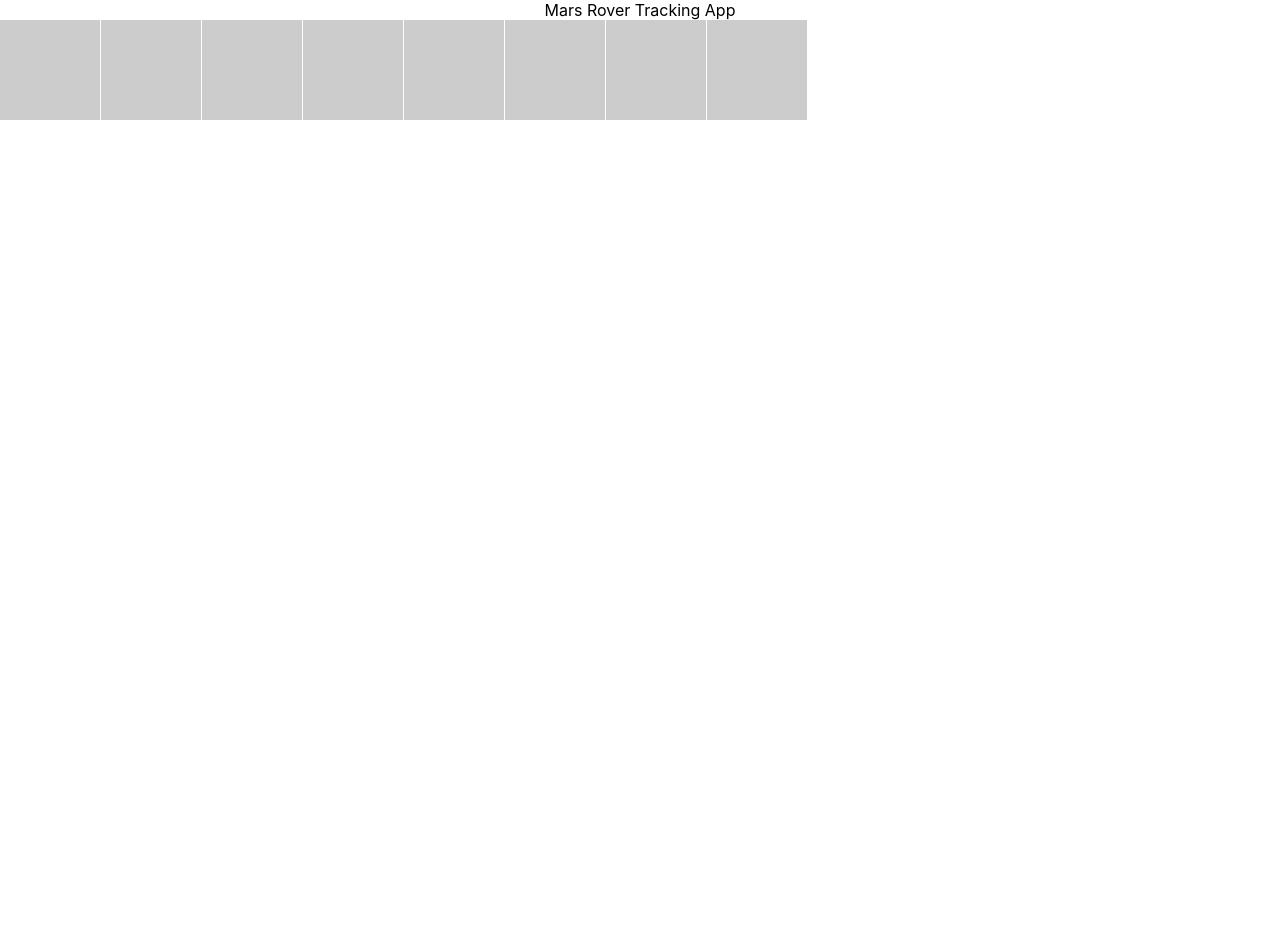
Repository: madhurisandbhor/Rover-Tracking-App
Page: /
The author's editor kept a copy of each file at every save. The page is drawn from the files as they stood at one save, then again after the next save.
The browser window is 1280 px wide. The pictures show the whole page.
The project was rebuilt for these pictures with package versions that can differ from the ones it lists, and the page was loaded fresh each time.

Above is the page before, as saved 2021-09-06 16:58:35.

### src/App.js
import './App.css';
import Grid from './Grid'

function App() {
  return (
    <div className="App">
      <div>Mars Rover Tracking App</div>
      <Grid />
    </div>
  );
}

export default App;

### src/Grid.jsx
import React from 'react'
import { maxY, maxX } from "./constants";

const wrapper = {
    display: 'grid',
    gridTemplateColumns: `repeat(${maxY}, 100px)`,
    gridTemplateRows: `repeat(${maxX}, 100px)`,
    gridAutoRows: '20px',
    gridAutoColumns: '20px',
    gridGap: '1px',
}

const item = {
    padding: '10px',
    backgroundColor: '#ccc',
}

const Grid = () => {
    return (
        <div style={wrapper}>

            <div style={item}></div>
            <div style={item}></div>
            <div style={item}></div>
            <div style={item}></div>
            <div style={item}></div>
            <div style={item}></div>
            <div style={item}></div>
            <div style={item}></div>

        </div>
    )
}

export default Grid

### src/constants.js
export const x = 0, y = 0, maxX = 9, maxY = 9;
export const d = 'N';
export const directionsToRight = ['N', 'E', 'S', 'W']
export const directionsToLeft = ['N', 'W', 'S', 'E']

Loaded but not shown: public/index.html (common file); src/index.js (common file); src/index.css (common file); src/App.css (common file)

After the next save:
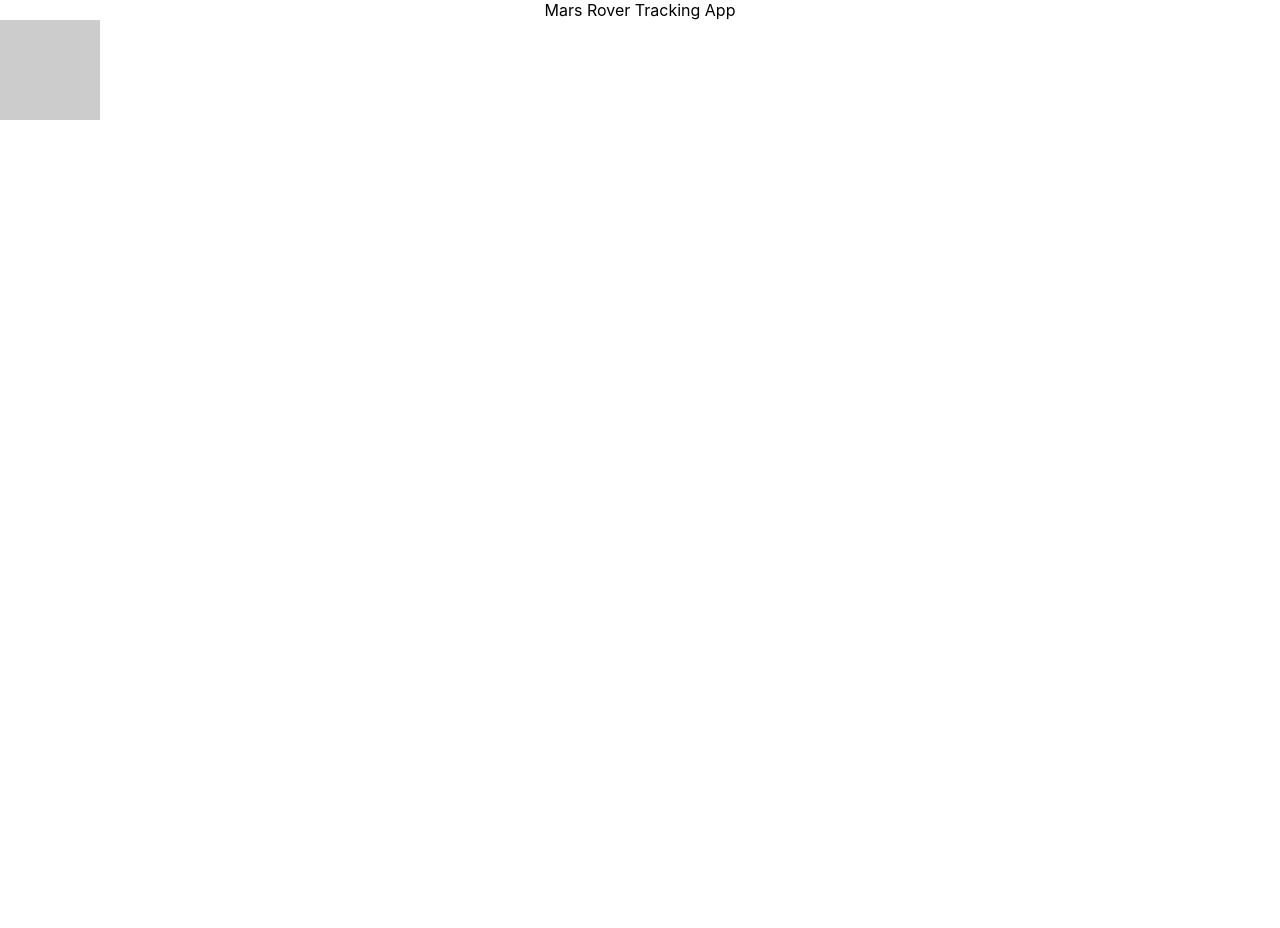
Saved 118 s later.
--- a/src/Grid.jsx
+++ b/src/Grid.jsx
@@ -16,18 +16,11 @@ const item = {
 }
 
 const Grid = () => {
+    const gridLength = maxX
     return (
         <div style={wrapper}>
-
+            { }
             <div style={item}></div>
-            <div style={item}></div>
-            <div style={item}></div>
-            <div style={item}></div>
-            <div style={item}></div>
-            <div style={item}></div>
-            <div style={item}></div>
-            <div style={item}></div>
-
         </div>
     )
 }
